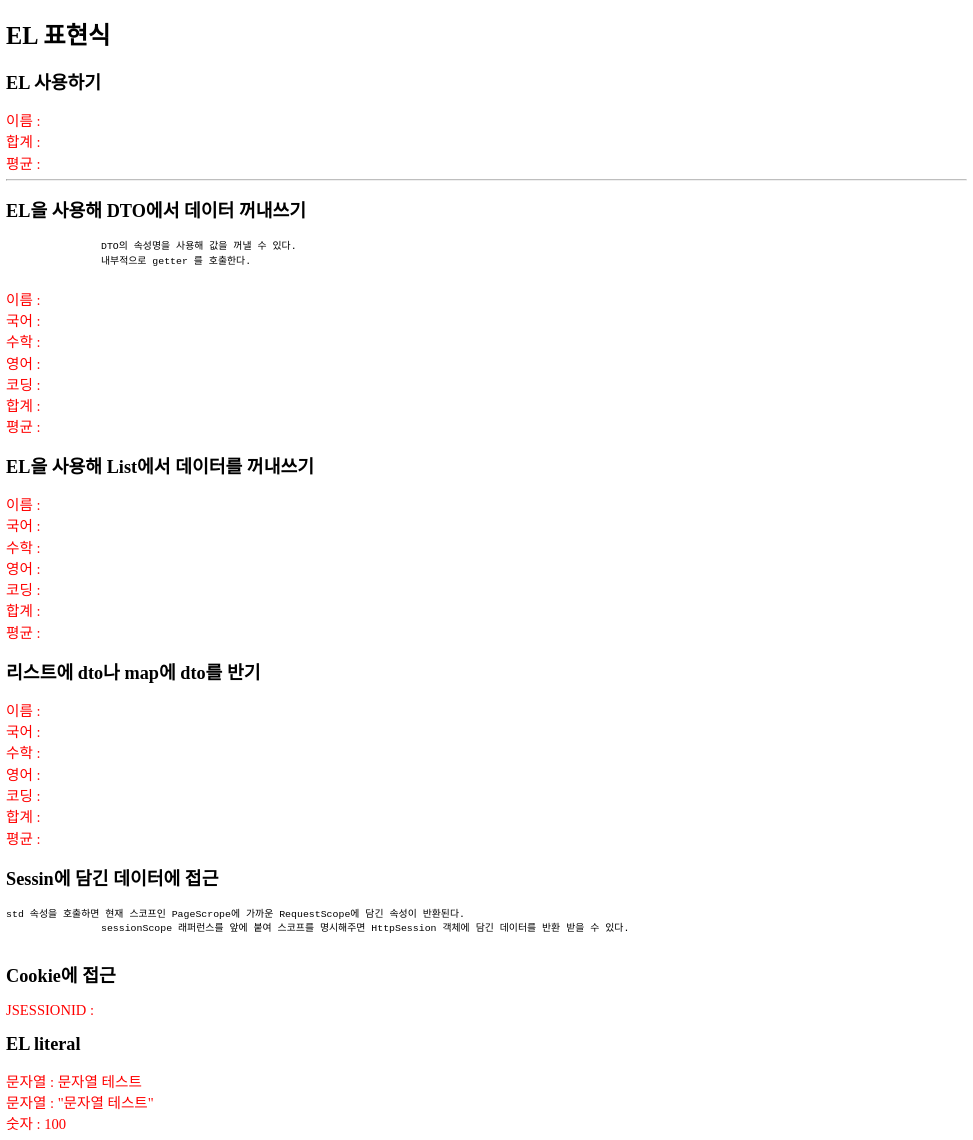
Repository: vaynel/StudyFile
Page: http://localhost/spring04_jsp/WEB-INF/views/el-jstl/el.jsp
These files come from the project's save history. The page is drawn as it stood at one moment and after the next save; the edit follows.
The browser window is 1280 px wide. The pictures show the whole page, at 76% of full size.
The page is served by Tomcat 9. Nobody is signed in. The template is opened directly, without the code that normally fills it, so the values that code supplies are empty.

Above is the page before, as saved 2023-01-20 01:07:00.

After the next save:
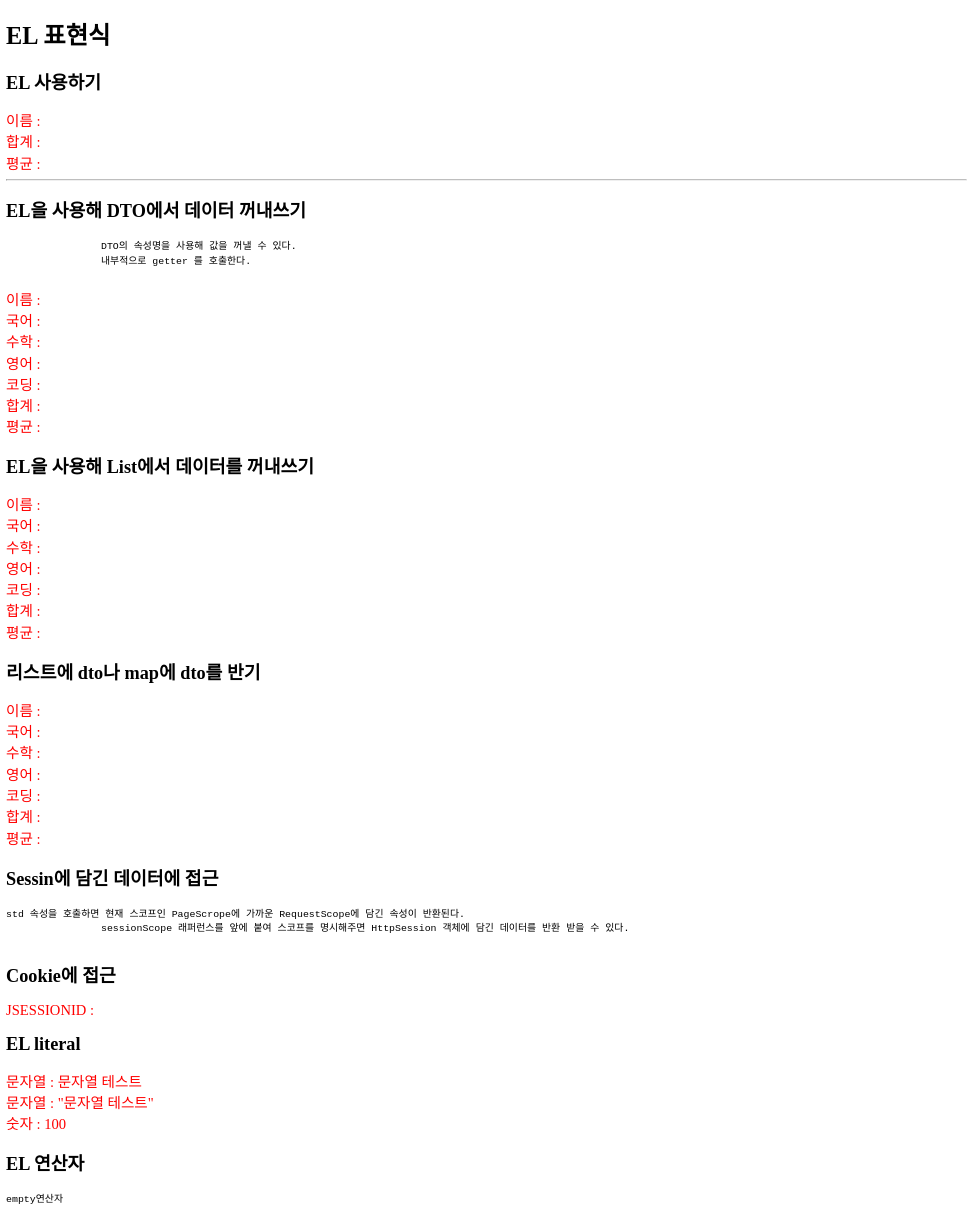
Saved 101 s later.
--- a/H_spring/spring04_jsp/WebContent/WEB-INF/views/el-jstl/el.jsp
+++ b/H_spring/spring04_jsp/WebContent/WEB-INF/views/el-jstl/el.jsp
@@ -92,8 +92,8 @@
 	<span>숫자 : ${100}</span>
 
 
-
-
+	<h2>EL 연산자</h2>
+	<pre>empty연산자</pre>
 
 
 
